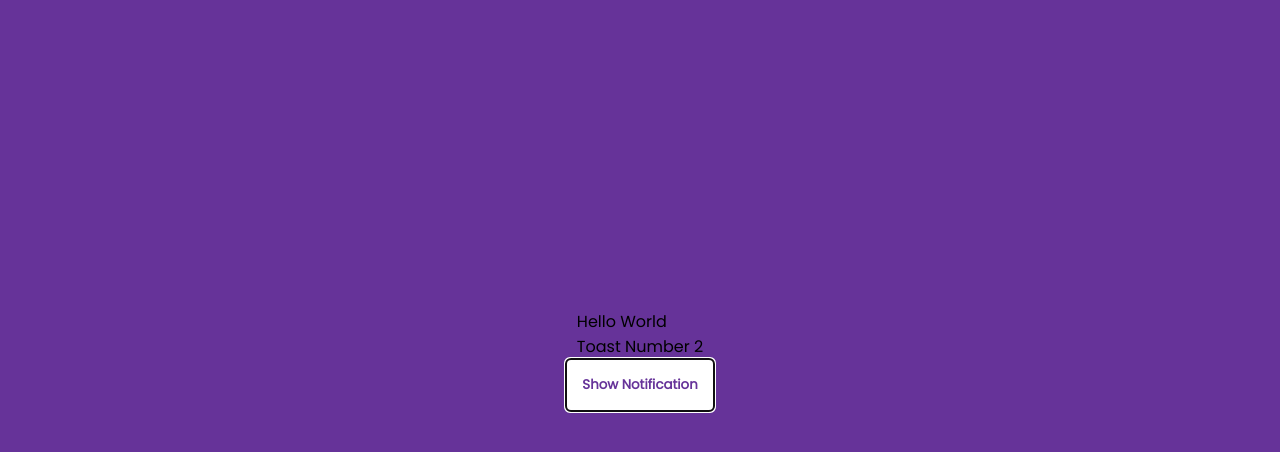
Repository: eagle-tex/50-projects-BT
Page: 27-toast-notification/index.html
The author's editor kept a copy of each file at every save. The page is drawn from the files as they stood at one save, then again after the next save.
The browser window is 1280 px wide. The pictures show the whole page.
The first visible `.btn` has the focus.

Above is the page before, as saved 2021-01-19 22:08:14.

After the next save:
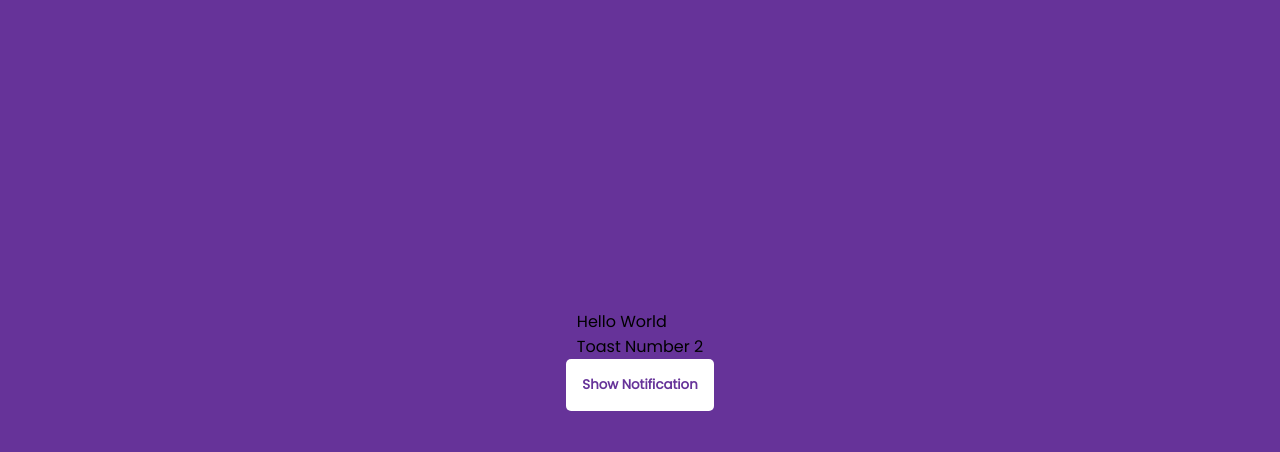
Saved 27 s later.
--- a/27-toast-notification/style.css
+++ b/27-toast-notification/style.css
@@ -30,3 +30,15 @@ body {
   border: none;
   cursor: pointer;
 }
+
+.btn:focus {
+  outline: none;
+}
+
+.btn:active {
+  transform: scale(0.98);
+  -webkit-transform: scale(0.98);
+  -moz-transform: scale(0.98);
+  -ms-transform: scale(0.98);
+  -o-transform: scale(0.98);
+}
